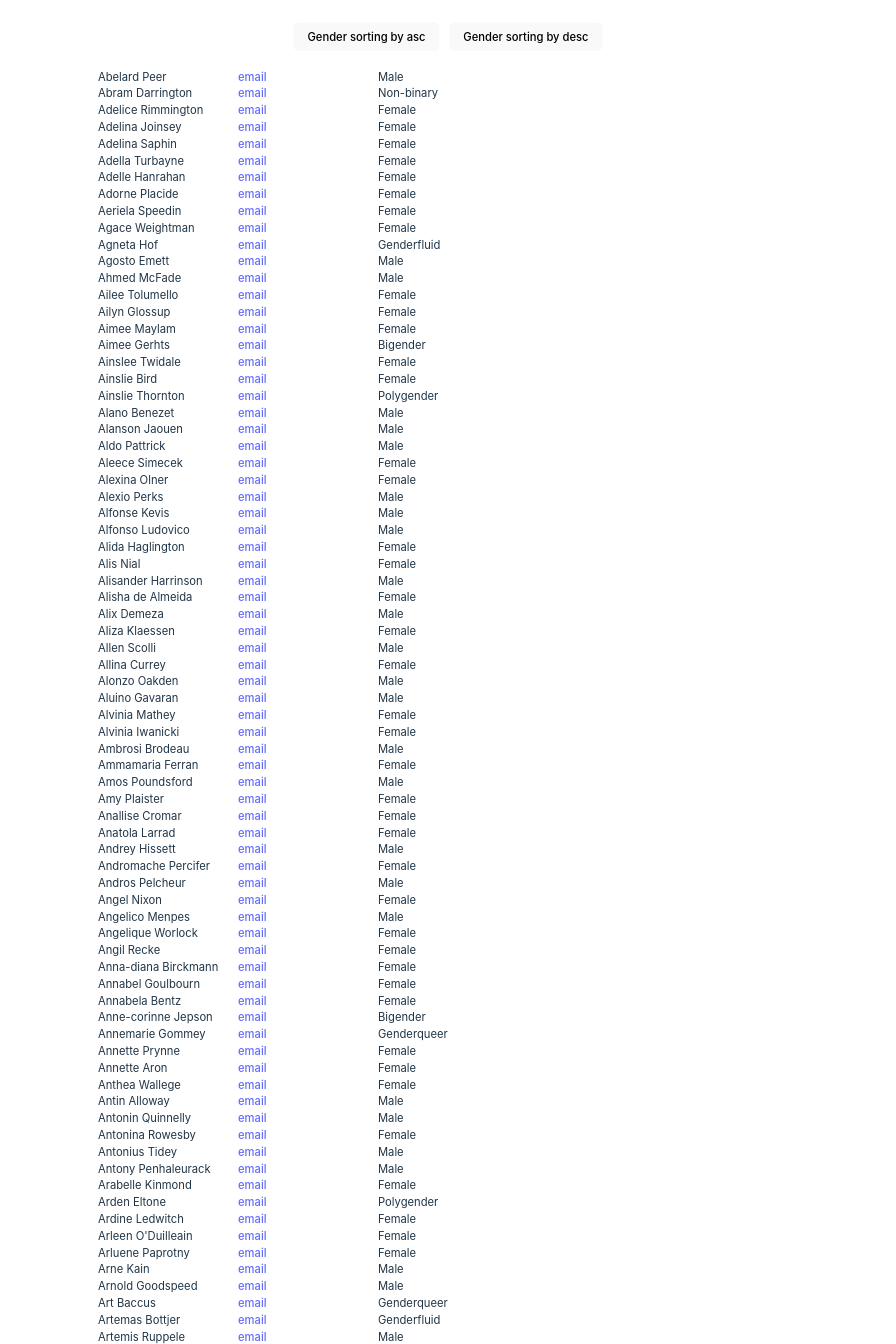
Repository: Kainar9292/sorting
Page: /
The author's editor kept a copy of each file at every save. The page is drawn from the files as they stood at one save, then again after the next save.
The browser window is 1280 px wide. The pictures show the part of the page from y = 0 to 1920 px (the page is 24129 px tall before and 26129 px after), at 70% of full size.
The project was rebuilt for these pictures with package versions that can differ from the ones it lists, and the page was loaded fresh each time. Also part of the build but not shown: vite.config.js.

Above is the page before, as saved 2022-10-29 15:19:28.

### src/style.css
:root {
  font-family: Inter, Avenir, Helvetica, Arial, sans-serif;
  font-size: 16px;
  line-height: 24px;
  font-weight: 400;

  color-scheme: light dark;
  color: rgba(255, 255, 255, 0.87);
  background-color: #242424;

  font-synthesis: none;
  text-rendering: optimizeLegibility;
  -webkit-font-smoothing: antialiased;
  -moz-osx-font-smoothing: grayscale;
  -webkit-text-size-adjust: 100%;
}

a {
  font-weight: 500;
  color: #646cff;
  text-decoration: inherit;
}
a:hover {
  color: #535bf2;
}

a {
  font-weight: 500;
  color: #646cff;
  text-decoration: inherit;
}
a:hover {
  color: #535bf2;
}

body {
  margin: 0;
  display: flex;
  place-items: center;
  min-width: 320px;
  min-height: 100vh;
}

h1 {
  font-size: 3.2em;
  line-height: 1.1;
}

button {
  border-radius: 8px;
  border: 1px solid transparent;
  padding: 0.6em 1.2em;
  font-size: 1em;
  font-weight: 500;
  font-family: inherit;
  background-color: #1a1a1a;
  cursor: pointer;
  transition: border-color 0.25s;
}
button:hover {
  border-color: #646cff;
}
button:focus,
button:focus-visible {
  outline: 4px auto -webkit-focus-ring-color;
}

.card {
  padding: 2em;
}

#app {
  max-width: 1280px;
  margin: 0 auto;
  padding: 2rem;
  text-align: center;
}

@media (prefers-color-scheme: light) {
  :root {
    color: #213547;
    background-color: #ffffff;
  }
  a:hover {
    color: #747bff;
  }
  button {
    background-color: #f9f9f9;
  }
}

.users {
  display: flex;
  flex-direction: column;
}

.users_item {
  display: flex;
  width: 1000px;
  justify-content: flex-start;
}

.users_item-name {
  display: flex;
  flex-basis: 200px;
}

.users_item-email {
  display: flex;
  flex-basis: 200px;
}

### src/App.vue
<template>
  <Users/>
</template>

<script setup>
import Users from './components/Users.vue'
</script>

### src/components/Users.vue
<template>
  <button @click="sortingByField('gender')">Gender sorting by asc</button>
  &nbsp;
  <button @click="sortingByField('gender', 'desc')">
    Gender sorting by desc
  </button>

  <br />
  <br />
  <div class="users">
    <div class="users_item" v-for="item in state.users">
      <div class="users_item-name">{{ item.first_name }} {{ item.last_name }}</div>
      <a class="users_item-email" href="mailto:{{item.email}}">email</a>
      <div>{{ item.gender }}</div>
      <!-- <br />
      <br /> -->
    </div>
  </div>
</template>

<script setup>
import { reactive } from 'vue';
import { users } from '../service/getUsers';

const state = reactive({
  users: [],
});

state.users = users;

function sortingByField(sortedField, sordetType) {
  state.users = state.users.sort((a, b) => {
    if (sordetType === 'desc') {
      return a[sortedField] < b[sortedField] ? 1 : -1;
    } else {
      return a[sortedField] > b[sortedField] ? 1 : -1;
    }
  });
}

sortingByField('first_name');
</script>

Loaded but not shown: index.html (common file); src/main.js (common file); src/service/getUsers.js (1000 lines, source omitted)

After the next save:
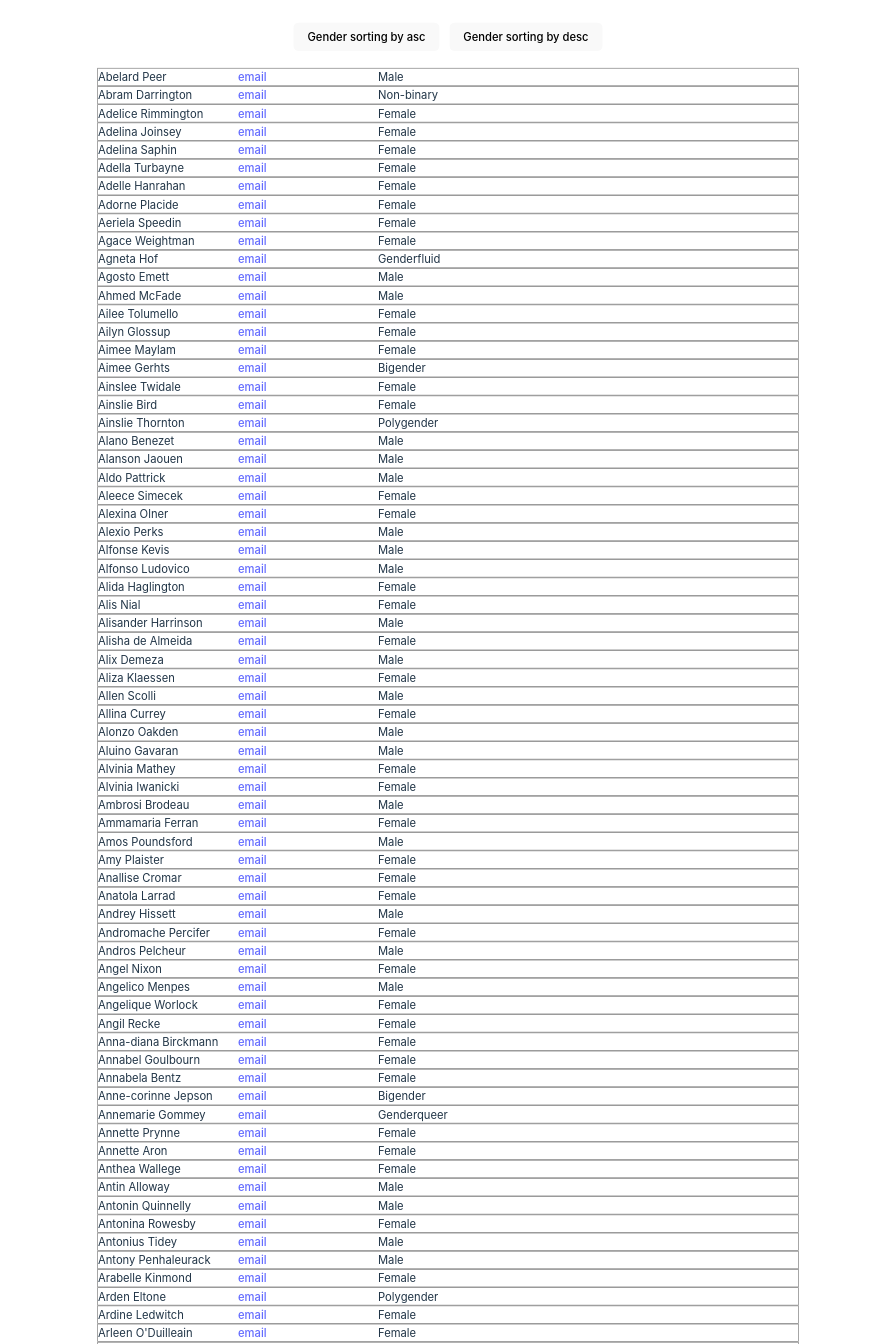
Saved 25 s later.
--- a/src/style.css
+++ b/src/style.css
@@ -98,6 +98,7 @@ button:focus-visible {
   display: flex;
   width: 1000px;
   justify-content: flex-start;
+  border: 1px solid gray;
 }
 
 .users_item-name {
